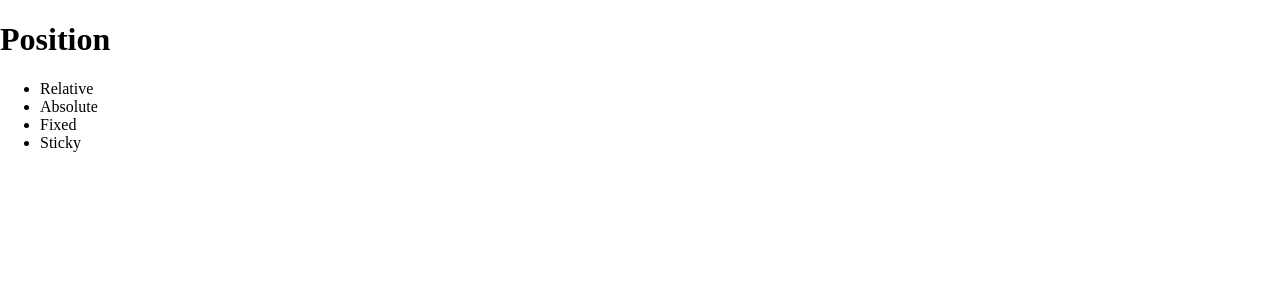
Repository: critdang/electro_store
Page: javascript_project/HTML &CSS practice/index.html
The author's editor kept a copy of each file at every save. The page is drawn from the files as they stood at one save, then again after the next save.
The browser window is 1280 px wide. The pictures show the whole page.

Above is the page before, as saved 2021-10-03 21:27:39.

After the next save:
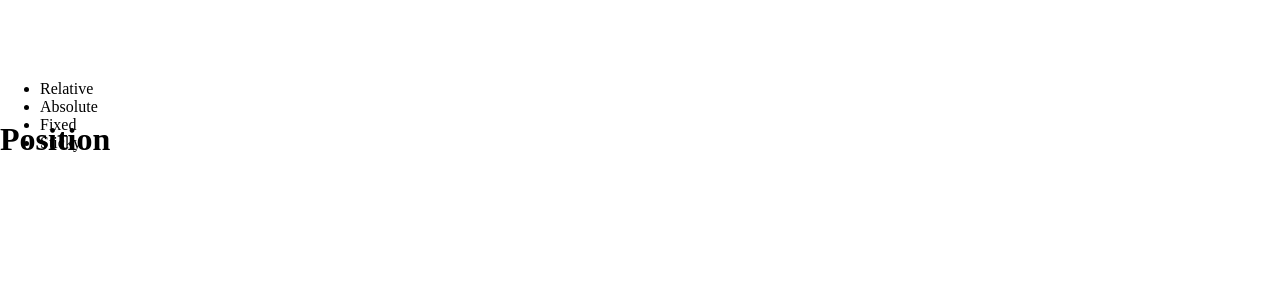
Saved 75 s later.
--- a/javascript_project/HTML &CSS practice/index.html
+++ b/javascript_project/HTML &CSS practice/index.html
@@ -11,6 +11,7 @@
             }
             h1{
                 position:relative;
+                top: 100px;
             }
         </style>
     </head>
@@ -18,6 +19,7 @@
         <h1>Position</h1>
         <ul>
             <li>Relative</li>
+            <!-- Không phụ thuộc vào lấy dối tượng khác lấy gốc tạo độ chính nó -->
             <li>Absolute</li>
             <li>Fixed</li>
             <li>Sticky</li>
